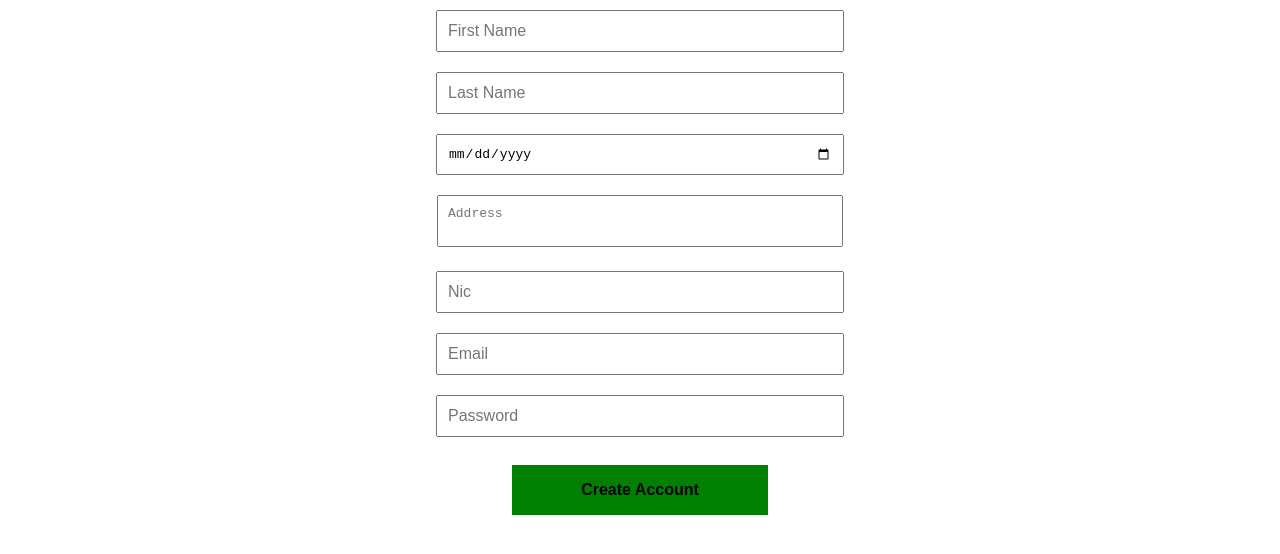
Repository: developerks611/loanweb
Page: http://localhost/loan-web/customerReg.jsp
The author's editor kept a copy of each file at every save. The page is drawn from the files as they stood at one save, then again after the next save.
The browser window is 1280 px wide. The pictures show the whole page.
The page is served by Tomcat 9.

Above is the page before, as saved 2023-03-10 11:55:39.

After the next save:
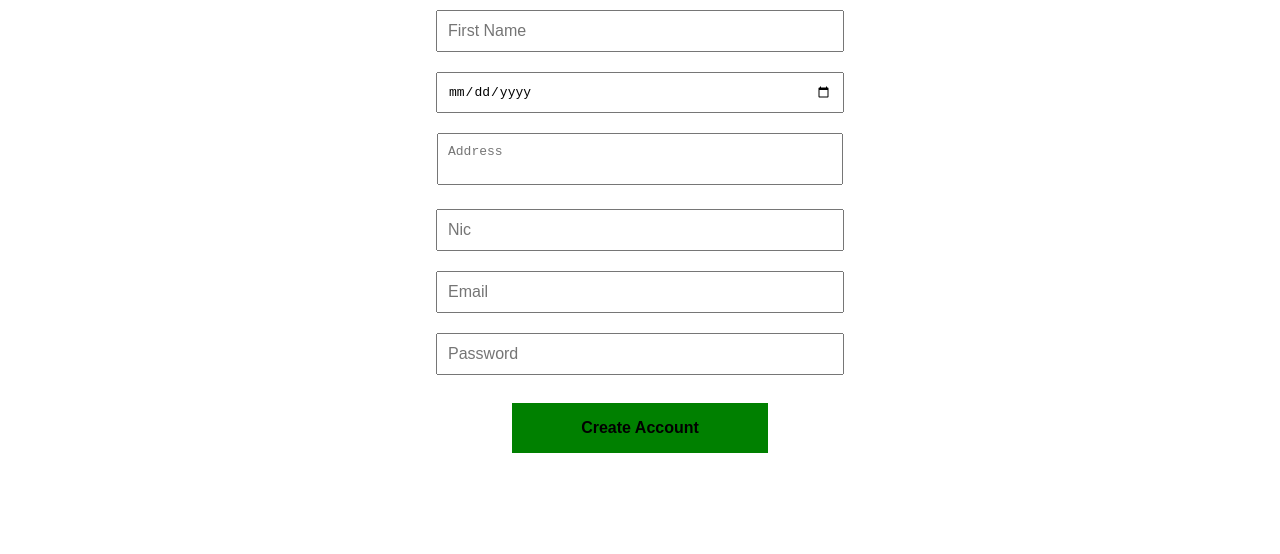
Saved 10 s later.
--- a/loan-web/src/main/webapp/customerReg.jsp
+++ b/loan-web/src/main/webapp/customerReg.jsp
@@ -105,7 +105,6 @@ nav a {
 <p class="msg">${message }<p>
 <form action="addData" method="post">
 <input type="text" name="fname" placeholder="First Name" required class="txt_input"><br>
-<input type="text" name="lname" placeholder="Last Name" required class="txt_input"><br>
 <input type="date" name="dob" required class="txt_input" id="dob" onChange="ageCalculator()"><br>
 <textarea placeholder="Address" required name="Customer Adress" required class="txt_input"></textarea ><br>
 <input type="text" name="nic" placeholder="Nic" required class="txt_input"><br>
